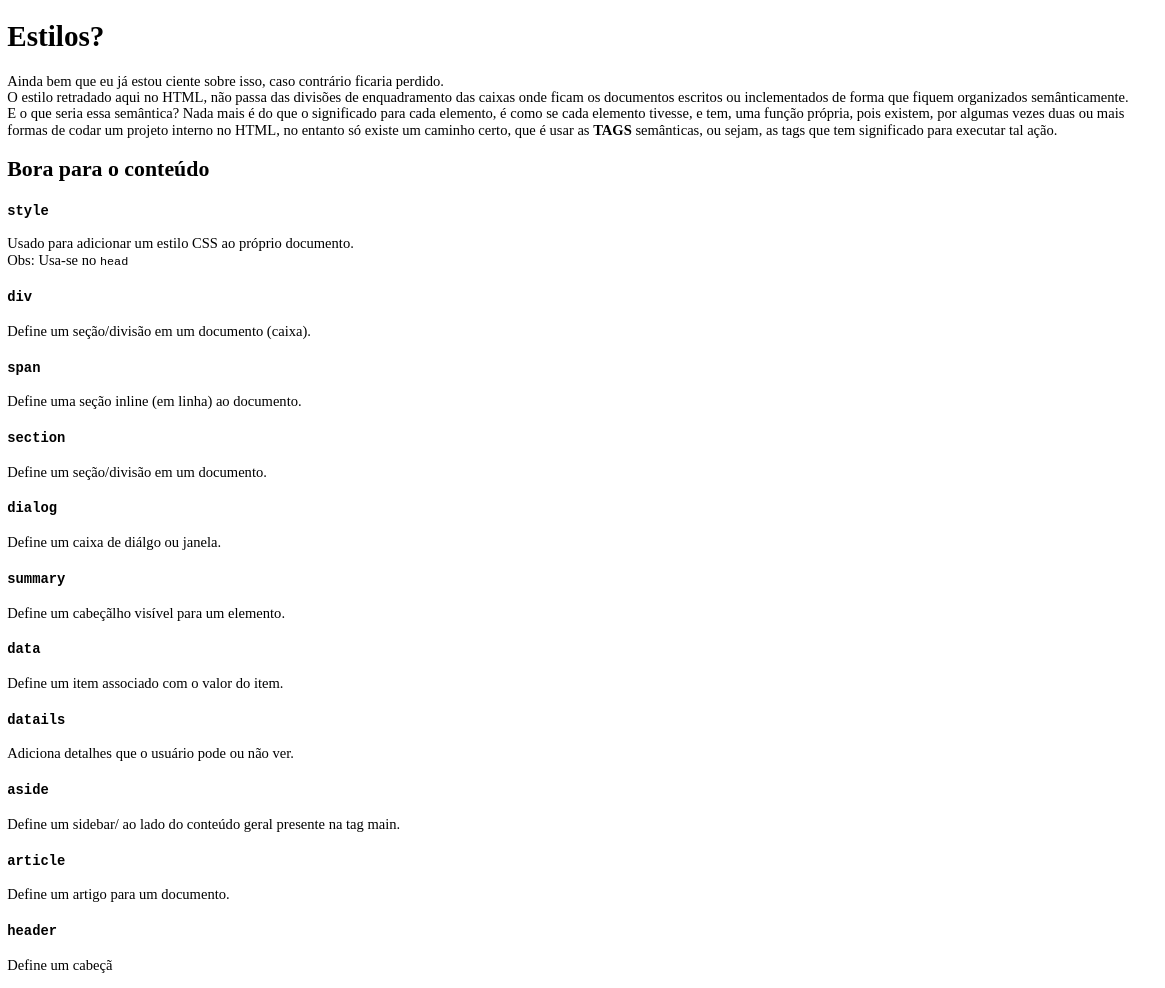
Repository: ErikMesquita/Danki-Code
Page: estilos/index.html
These files come from the project's save history. The page is drawn as it stood at one moment and after a run of saves; the edit follows.
The browser window is 1280 px wide. The pictures show the whole page, at 91% of full size.

Above is the page before, as saved 2023-10-29 18:21:35.

After the next 3 saves:
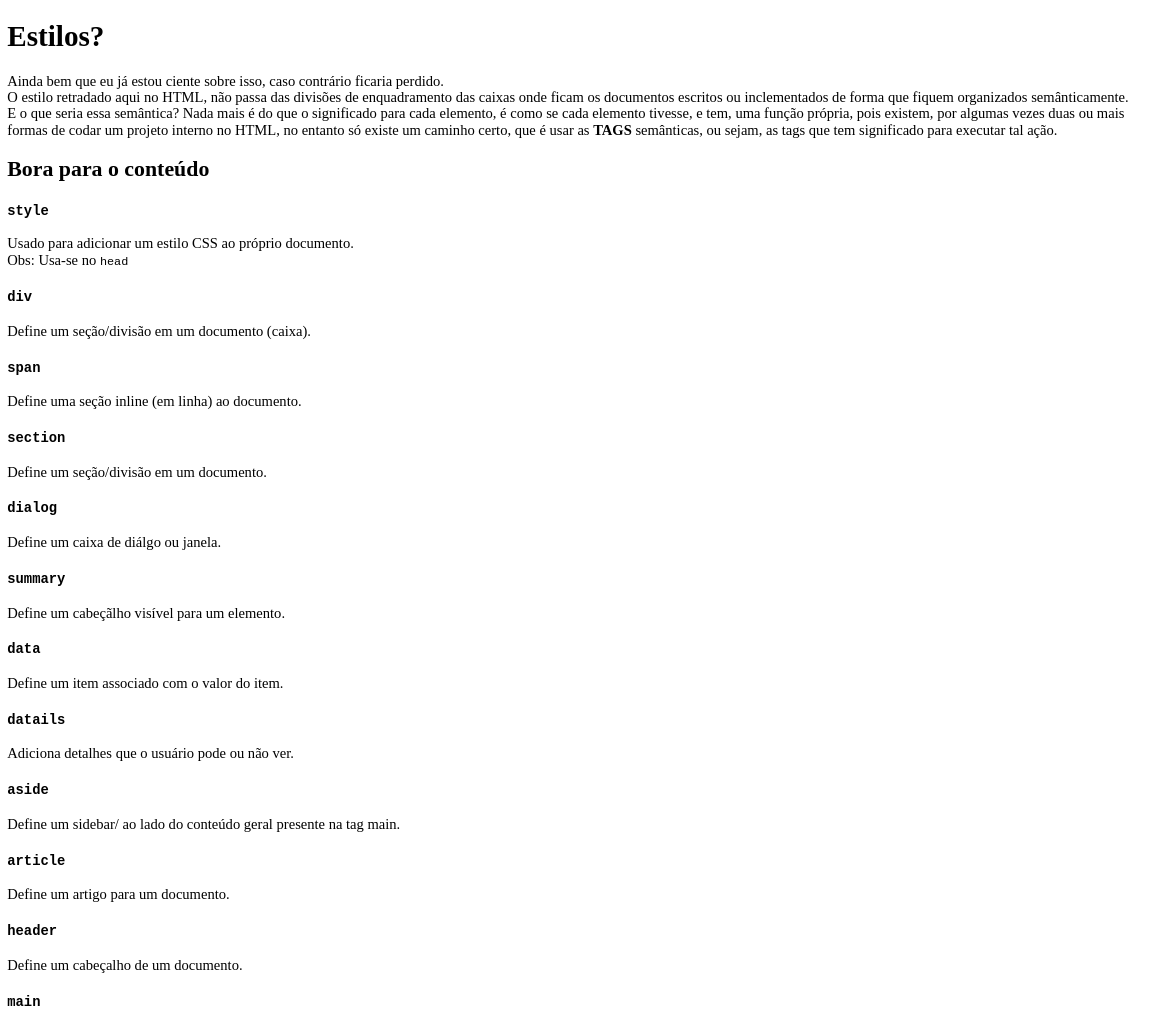
The 3 saves are shown as one change because they came seconds apart.
The last was saved 14 s later.
--- a/estilos/index.html
+++ b/estilos/index.html
@@ -71,8 +71,11 @@
 
             <h3><code>header</code></h3>
             <p>
-                Define um cabeçã
+                Define um cabeçalho de um documento.
             </p>
+
+            <h3><code>main</code></h3>
+
 
 
 </body>
